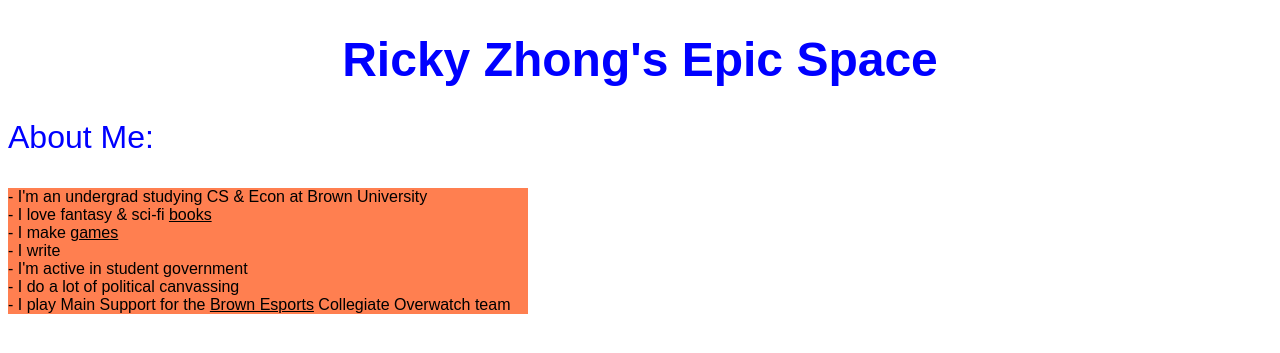
Repository: rickydaricky/rickydaricky.github.io
Page: index.html
The author's editor kept a copy of each file at every save. The page is drawn from the files as they stood at one save, then again after the next save.
The browser window is 1280 px wide. The pictures show the whole page.

Above is the page before, as saved 2021-11-26 02:53:31.

After the next save:
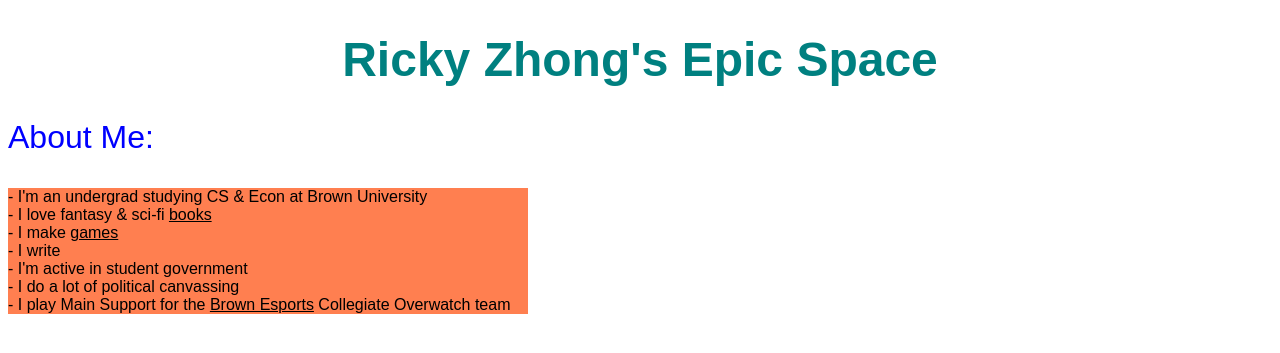
Saved 10 s later.
--- a/main.css
+++ b/main.css
@@ -17,7 +17,7 @@ html * {
 .title {
   text-align: center;
   font-size: 300%;
-  color: blue;
+  color: teal;
 }
 
 .square {
